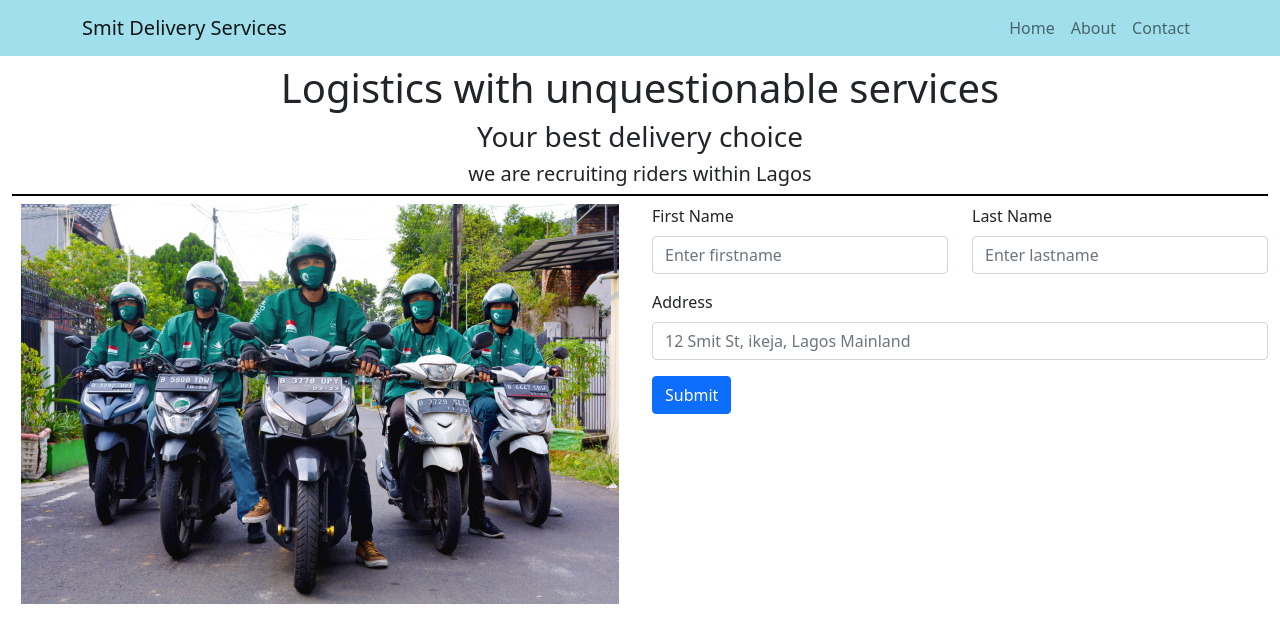
Repository: smit1298/logistic
Page: /
An editor plug-in stored every save of this project. The page is shown before and after the next save, followed by the edit.
The browser window is 1280 px wide. The pictures show the whole page.
The project was rebuilt for these pictures with package versions that can differ from the ones it lists, and the page was loaded fresh each time.

Above is the page before, as saved 2021-10-04 04:06:22.

### public/index.html
<!DOCTYPE html>
<html lang="en">
  <head>
    <meta charset="utf-8" />
    <link rel="icon" href="%PUBLIC_URL%/favicon.ico" />
    <meta name="viewport" content="width=device-width, initial-scale=1" />
    <meta name="theme-color" content="#000000" />
    <meta
      name="description"
      content="Web site created using create-react-app"
    />
    <link rel="apple-touch-icon" href="%PUBLIC_URL%/logo192.png" />

    <link rel="manifest" href="%PUBLIC_URL%/manifest.json" />

    <title>Smit Delivery Services</title>
  </head>
  <body>
    <noscript>You need to enable JavaScript to run this app.</noscript>
    <div id="root"></div>

  </body>
</html>

### src/App.js
// import './App.css';
import Navs from './components/navs/Navs';
import RecruitForm from './components/recruit/RecruitForm';

function App() {
  return (
    <div>
      <Navs />
      <RecruitForm />
    </div>
  );
}

export default App;

### src/components/Navs/Navs.jsx
import React from "react";
import "bootstrap/dist/css/bootstrap.css";
import { Navbar, Container, Nav } from "react-bootstrap";
import './Navs.css'

 const Navs = () => {
  return (
    <div>
      <Navbar id='navbar' bg="light" expand="lg">
        <Container>
          <Navbar.Brand href="#home">Smit Delivery Services</Navbar.Brand>
          <Navbar.Toggle aria-controls="basic-navbar-nav" />
          <Navbar.Collapse id="basic-navbar-nav">
            <Nav className="ms-auto">
              <Nav.Link href="#home">Home</Nav.Link>
              <Nav.Link href="#about">About </Nav.Link>
              <Nav.Link href="#contact">Contact </Nav.Link>
            </Nav>
          </Navbar.Collapse>
        </Container>
      </Navbar>
    </div>
  );
};

export default Navs;

### src/components/recruit/RecruitForm.jsx
import React from "react";
import "bootstrap/dist/css/bootstrap.css";
import { Row, Col, Form, Button } from "react-bootstrap";
import Left from "../images/background.jpg";
import "./RecruitForm.css";

const recruitForm = () => {
  return (
    <div className="container-fluid" id="recruit">
      <div className="mt-2 justify-content-md-center" id="top">
        <h1 className="text-center">Logistics with unquestionable services</h1>
        <h3 className="text-center">Your best delivery choice</h3>
        <h5 className="text-center">we are recruiting riders within Lagos</h5>
      </div>
      <Row className="mt-2">
        <Col className=" mb-2 ms-auto text-center">
          <img src={Left} alt="" />
        </Col>
        <Col className="me-auto">
          <Form>
            <Row className="mb-3">
              <Form.Group as={Col} controlId="formGridName">
                <Form.Label>First Name</Form.Label>
                <Form.Control type="name" placeholder="Enter firstname" />
              </Form.Group>
              <Form.Group as={Col} controlId="formGridName">
                <Form.Label>Last Name</Form.Label>
                <Form.Control type="name" placeholder="Enter lastname" />
              </Form.Group>
            </Row>
            <Form.Group className="mb-3" controlId="formGridAddress1">
              <Form.Label>Address</Form.Label>
              <Form.Control placeholder="12 Smit St, ikeja, Lagos Mainland" />
            </Form.Group>




            <Button variant="primary" type="submit">
              Submit
            </Button>
          </Form>
        </Col>
      </Row>
    </div>
  );
};

export default recruitForm;

### src/components/Navs/Navs.css
#navbar{
    background-color: rgb(160, 223, 235) !important;
    font-weight: 400 !important;
}

### src/components/recruit/RecruitForm.css
body,
html {
  height: 100% !important;
}

#top {
    border-bottom: 2px solid black;
  /* background-image: url("../images/lorry.jpg"); */
  height: 100% !important;
  background-position: center;
  background-repeat: no-repeat;
  background-size: cover;
  /* border: 1px solid black; */
  /* border-radius: 10px; */
}

Loaded but not shown: src/index.js (common file); src/index.css (common file); src/reportWebVitals.js (common file)

After the next save:
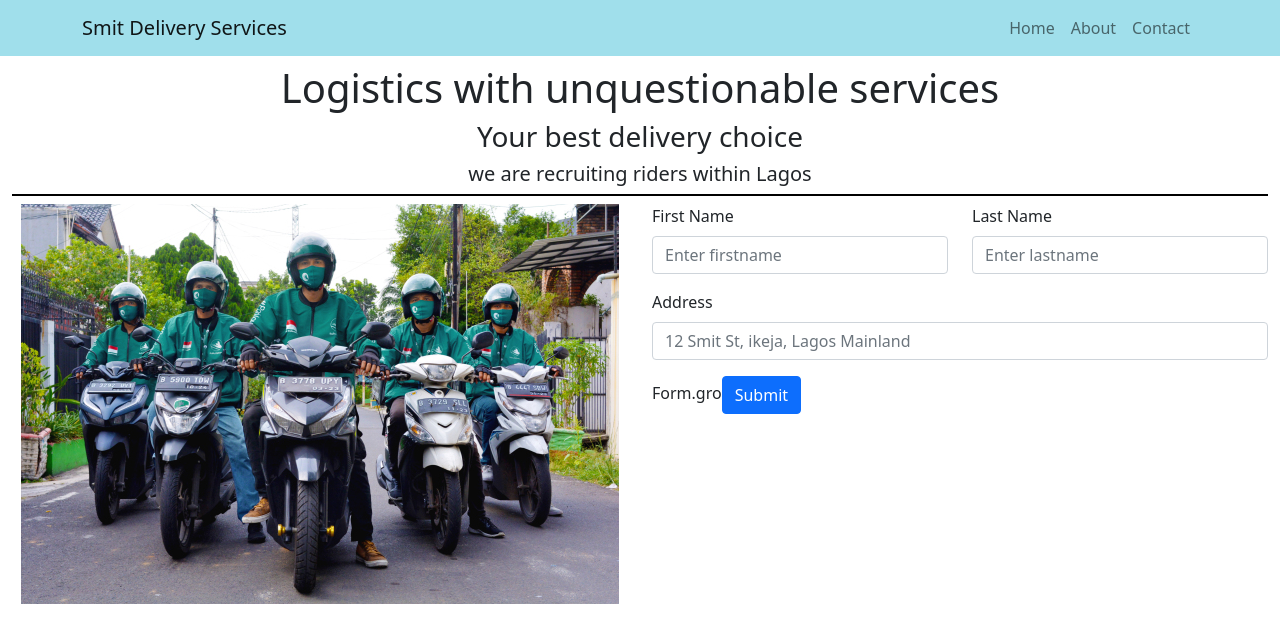
Saved 28 s later.
--- a/src/components/recruit/RecruitForm.jsx
+++ b/src/components/recruit/RecruitForm.jsx
@@ -33,7 +33,7 @@
               <Form.Control placeholder="12 Smit St, ikeja, Lagos Mainland" />
             </Form.Group>
 
-
+            Form.gro
 
 
             <Button variant="primary" type="submit">

After the save that followed:
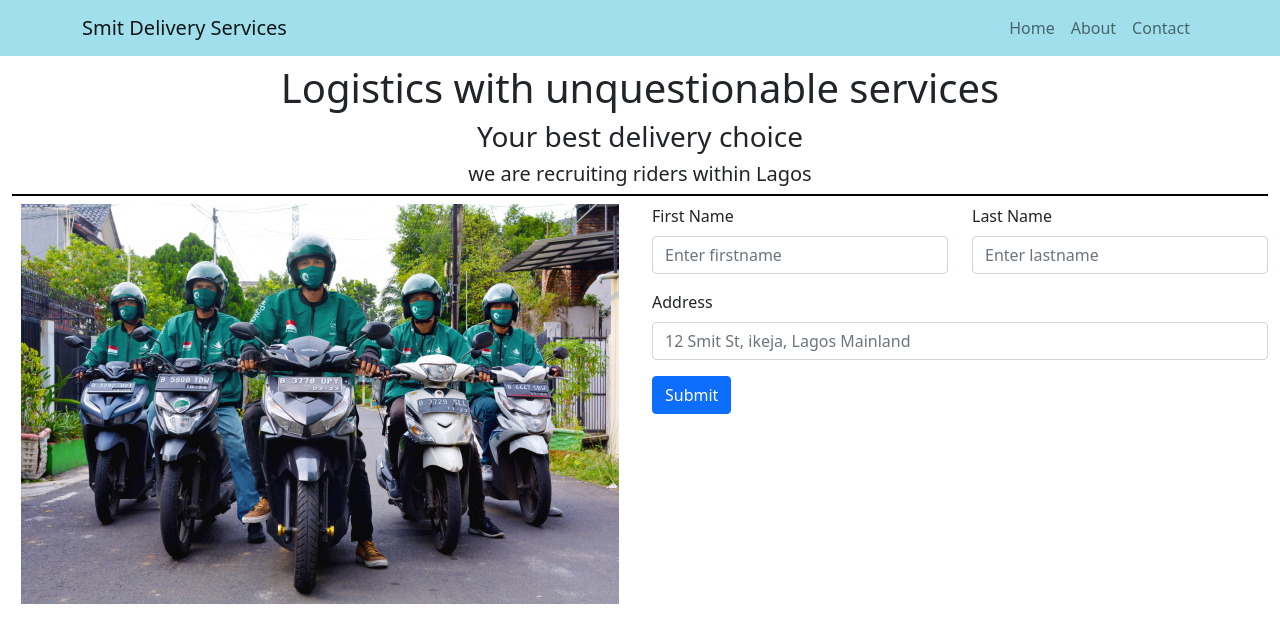
Saved 7 s later.
--- a/src/components/recruit/RecruitForm.jsx
+++ b/src/components/recruit/RecruitForm.jsx
@@ -33,7 +33,7 @@
               <Form.Control placeholder="12 Smit St, ikeja, Lagos Mainland" />
             </Form.Group>
 
-            Form.gro
+            <Form className="group"></Form>
 
 
             <Button variant="primary" type="submit">
